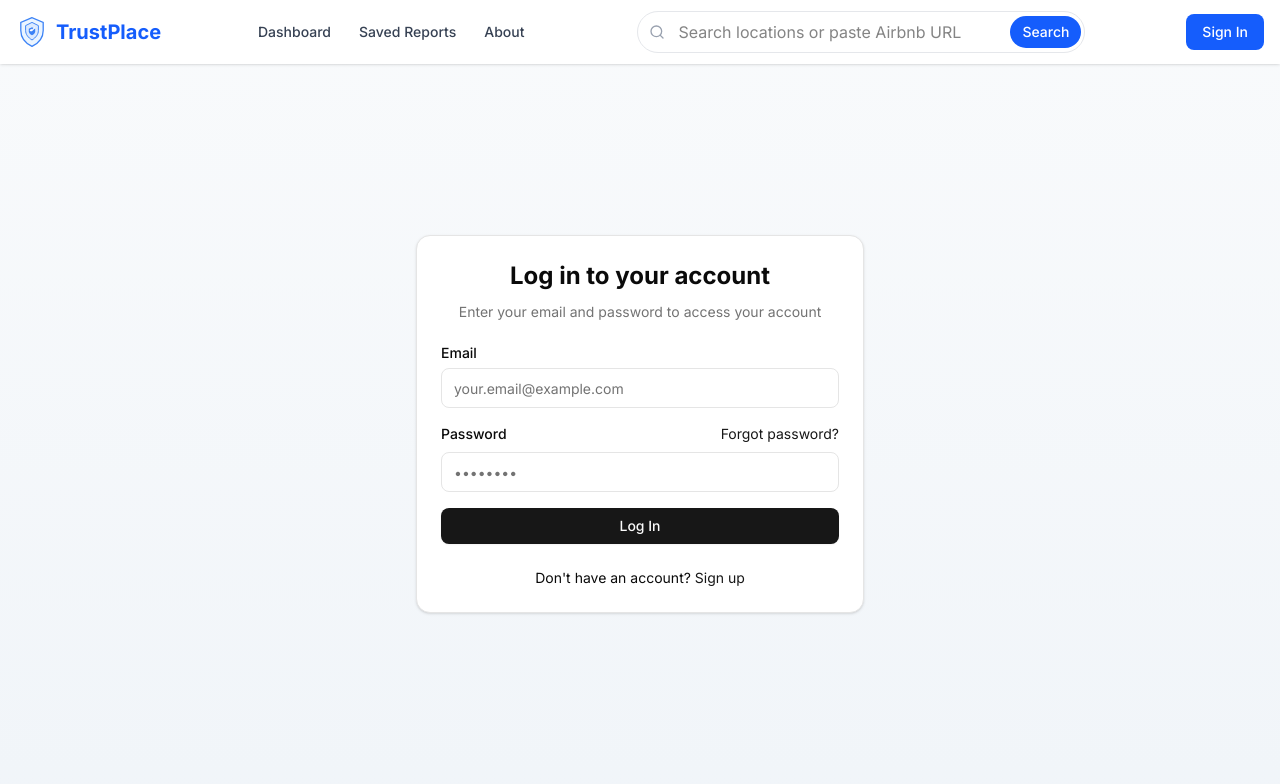
Repository: davidsaas/trustplacev2
Page: /login
An editor plug-in stored every save of this project. The page is shown before and after the next save, followed by the edit.
The browser window is 1280 px wide. The pictures show the whole page.
The project was rebuilt for these pictures with package versions that can differ from the ones it lists, and the page was loaded fresh each time. The framework's server and built-in components were replaced by stand-ins that run in the browser. Also part of the build but not shown: next.config.ts, src/components/ui/alert.tsx.

Above is the page before, as saved 2025-03-05 15:39:47.

After the next save:
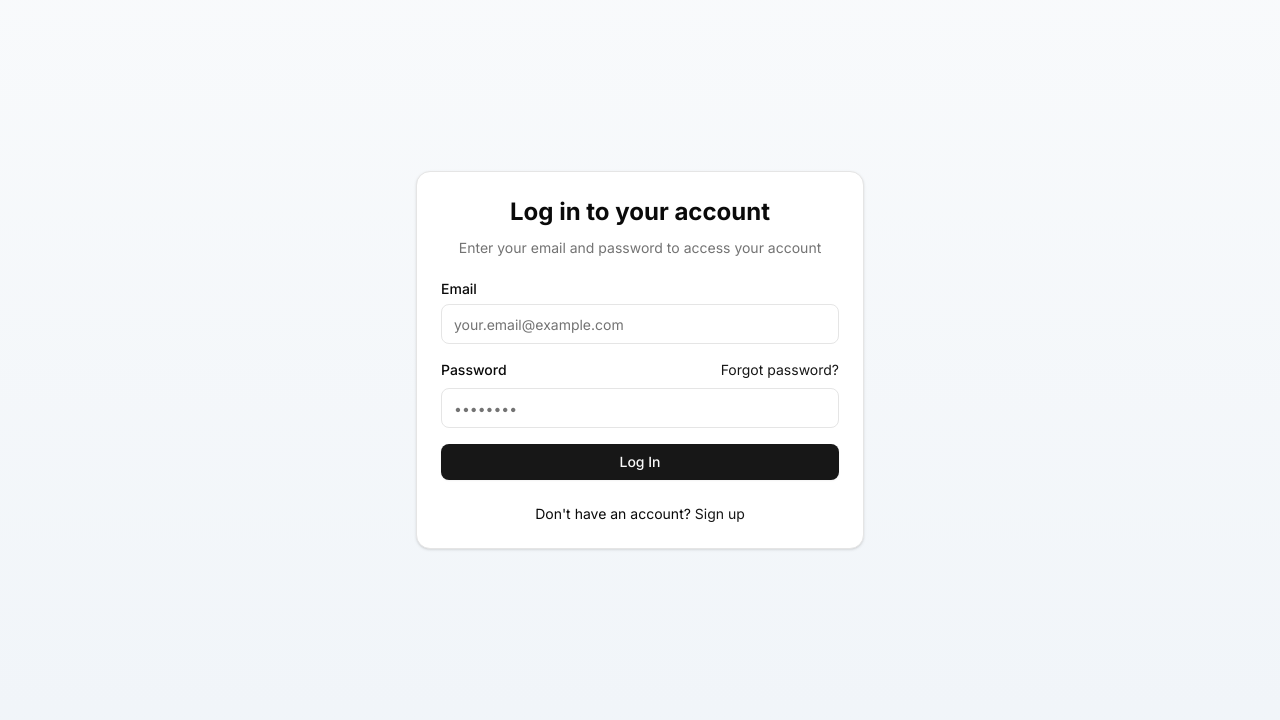
Saved 16 s later.
--- a/src/app/layout.tsx
+++ b/src/app/layout.tsx
@@ -1,11 +1,14 @@
-import type { Metadata } from "next";
+"use client";
+
 import { Inter } from "next/font/google";
 import "./globals.css";
 import { Navbar } from "@/components/navbar";
+import { usePathname } from "next/navigation";
 
 const inter = Inter({ subsets: ["latin"] });
 
-export const metadata: Metadata = {
+// Metadata needs to be in a separate file for client components
+export const metadata = {
   title: "TrustPlace - Safe Airbnb Stays",
   description: "Find safe and trusted Airbnb stays with TrustPlace",
 };
@@ -15,10 +18,17 @@ export default function RootLayout({
 }: Readonly<{
   children: React.ReactNode;
 }>) {
+  const pathname = usePathname();
+
+  // Only show navbar on authenticated routes
+  const showNavbar = pathname !== "/" &&
+                     pathname !== "/login" &&
+                     pathname !== "/register";
+
   return (
     <html lang="en">
       <body className={inter.className}>
-        <Navbar />
+        {showNavbar && <Navbar />}
         {children}
       </body>
     </html>
